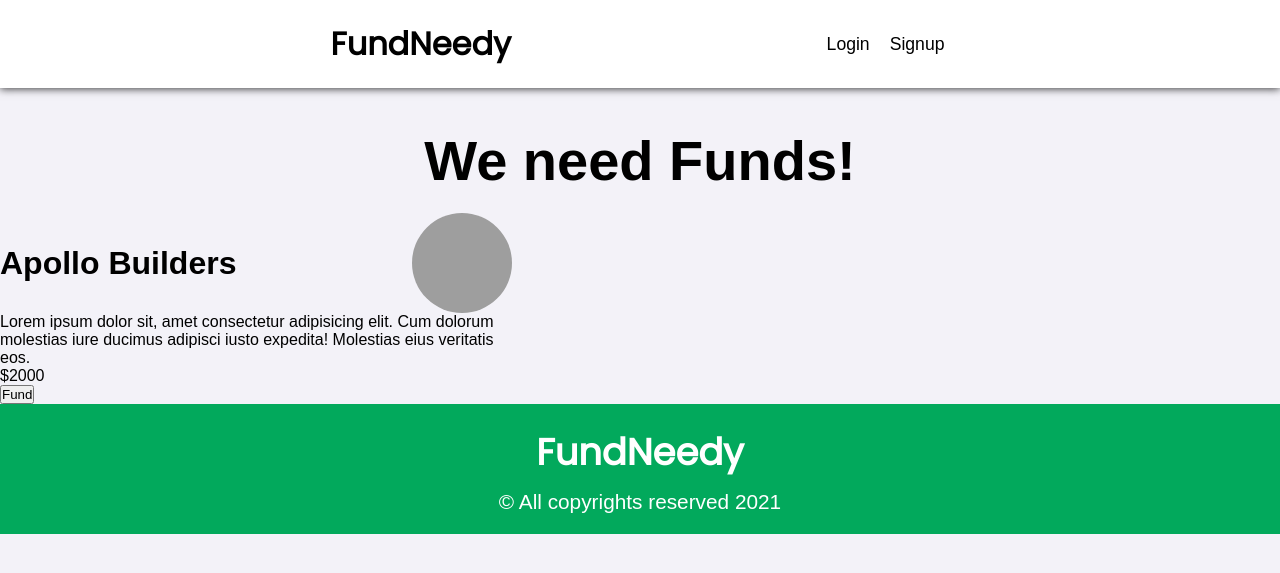
Repository: osdc/codejam
Page: /needies (app in sassy-sandwiches/fund-needy/)
An editor plug-in stored every save of this project. The page is shown before and after the next save, followed by the edit.
The browser window is 1280 px wide. The pictures show the whole page.
Pictures or frames that could not be fetched are drawn as grey boxes. The project was rebuilt for these pictures with package versions that can differ from the ones it lists, and the page was loaded fresh each time. Also part of the build but not shown: sassy-sandwiches/fund-needy/src/Showcase.css, sassy-sandwiches/fund-needy/src/Showcase.js.

Above is the page before, as saved 2021-01-09 19:38:19.

After the next save:
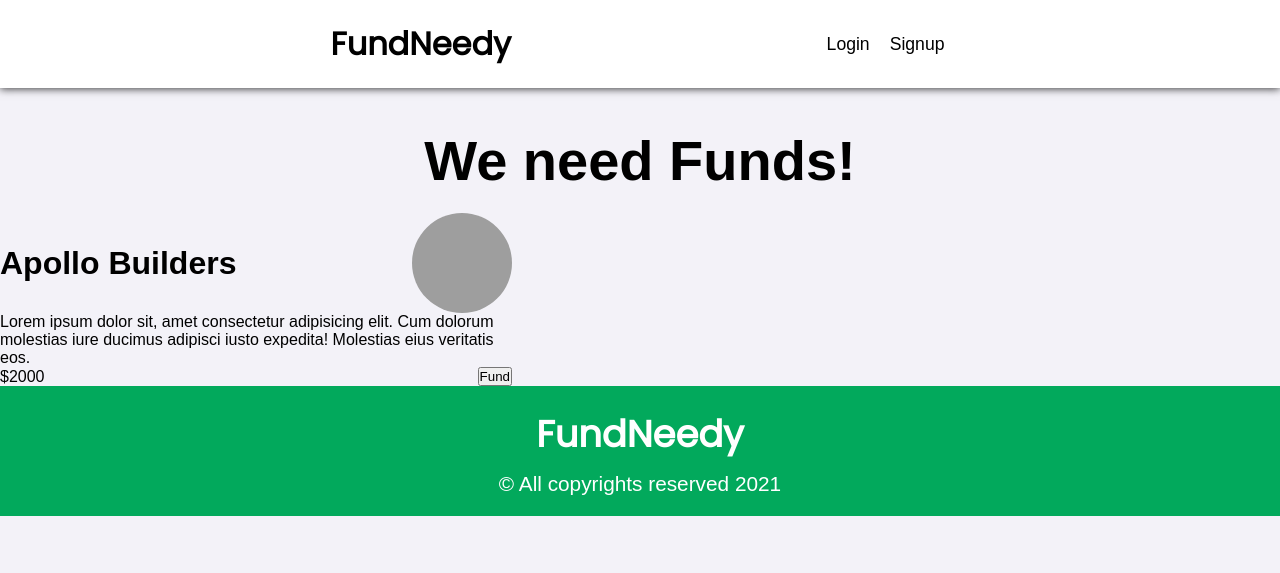
Saved 26 s later.
--- a/sassy-sandwiches/fund-needy/src/Needy.css
+++ b/sassy-sandwiches/fund-needy/src/Needy.css
@@ -13,3 +13,9 @@
   width: 100px;
   border-radius: 50%;
 }
+
+.needy_footer {
+  display: flex;
+  align-items: center;
+  justify-content: space-between;
+}
